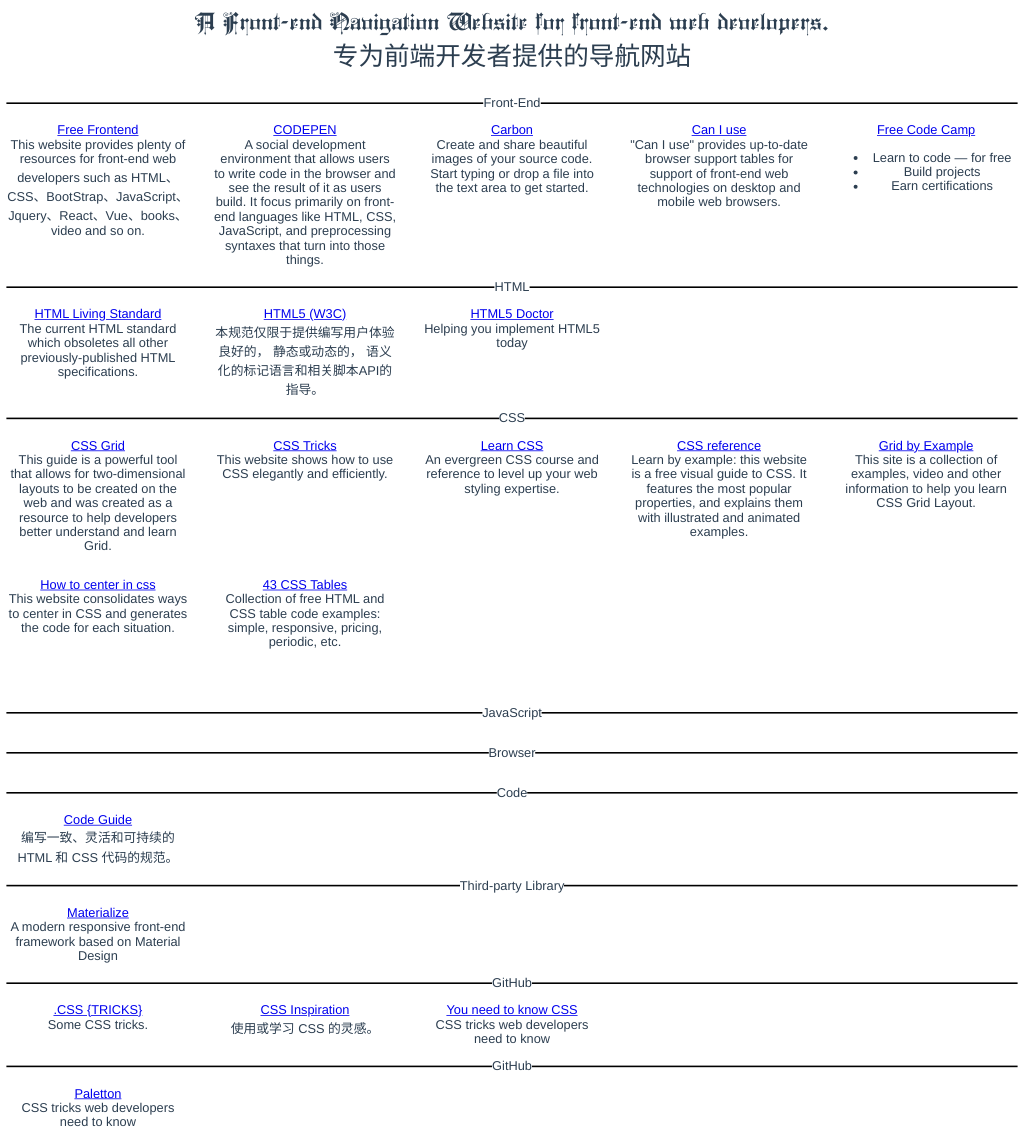
Repository: 321paranoiawhy/fenav.io
Page: /
An editor plug-in stored every save of this project. The page is shown before and after a run of saves, followed by the edit.
The browser window is 1280 px wide. The pictures show the whole page, at 80% of full size.
The project was rebuilt for these pictures with package versions that can differ from the ones it lists, and the page was loaded fresh each time. Also part of the build but not shown: vue.config.js.

Above is the page before, as saved 2022-04-06 01:18:21.

### src/views/HomeView.vue
<template>
    <div class="englishTitle">
        A Front-end Navigation Website for front-end web developers.
    </div>
    <div class="chineseTitle">专为前端开发者提供的导航网站</div>
    <!-- Front-End -->
    <p class="divider">Front-End</p>
    <div id="frontend" class="main">
        <div class="card">
            <a class="url" href="https://freefrontend.com/">Free Frontend</a>
            <div class="description">
                This website provides plenty of resources for front-end web
                developers such as
                HTML、CSS、BootStrap、JavaScript、Jquery、React、Vue、books、video
                and so on.
            </div>
        </div>
        <div class="card">
            <a class="url" href="https://codepen.io/trending">CODEPEN</a>
            <div class="description">
                A social development environment that allows users to write code
                in the browser and see the result of it as users build. It focus
                primarily on front-end languages like HTML, CSS, JavaScript, and
                preprocessing syntaxes that turn into those things.
            </div>
        </div>
        <div class="card">
            <a class="url" href="https://carbon.now.sh/">Carbon</a>
            <div class="description">
                Create and share beautiful images of your source code. Start
                typing or drop a file into the text area to get started.
            </div>
        </div>
        <div class="card">
            <a class="url" href="https://caniuse.com/">Can I use</a>
            <div class="description">
                "Can I use" provides up-to-date browser support tables for
                support of front-end web technologies on desktop and mobile web
                browsers.
            </div>
        </div>
        <div class="card">
            <a class="url" href="https://www.freecodecamp.org/"
                >Free Code Camp</a
            >
            <div class="description">
                <ul>
                    <li>Learn to code — for free</li>
                    <li>Build projects</li>
                    <li>Earn certifications</li>
                </ul>
            </div>
        </div>
    </div>
    <!-- HTML -->
    <p class="divider">HTML</p>
    <div id="HTML" class="main">
        <div class="card">
            <a class="url" href="https://html.spec.whatwg.org/"
                >HTML Living Standard</a
            >
            <div class="description">
                The current HTML standard which obsoletes all other
                previously-published HTML specifications.
            </div>
        </div>
        <div class="card">
            <a class="url" href="https://www.w3.org/html/ig/zh/wiki/HTML5"
                >HTML5 (W3C)</a
            >
            <div class="description">
                本规范仅限于提供编写用户体验良好的， 静态或动态的，
                语义化的标记语言和相关脚本API的指导。
            </div>
        </div>
        <div class="card">
            <a class="url" href="http://html5doctor.com/">HTML5 Doctor</a>
            <div class="description">Helping you implement HTML5 today</div>
        </div>
    </div>
    <!-- CSS -->
    <p class="divider">CSS</p>
    <div id="CSS" class="main">
        <div id="grid" class="card">
            <a class="url" href="https://learncssgrid.com/">CSS Grid</a>
            <div class="description">
                This guide is a powerful tool that allows for two-dimensional
                layouts to be created on the web and was created as a resource
                to help developers better understand and learn Grid.
            </div>
        </div>
        <div id="tricks" class="card">
            <a class="url" href="https://css-tricks.com/">CSS Tricks</a>
            <div class="description">
                This website shows how to use CSS elegantly and efficiently.
            </div>
        </div>
        <div id="learn" class="card">
            <a class="url" href="https://web.dev/learn/css/">Learn CSS</a>
            <div class="description">
                An evergreen CSS course and reference to level up your web
                styling expertise.
            </div>
        </div>
        <div id="reference" class="card">
            <a class="url" href="https://cssreference.io/">CSS reference</a>
            <div class="description">
                Learn by example: this website is a free visual guide to CSS. It
                features the most popular properties, and explains them with
                illustrated and animated examples.
            </div>
        </div>
        <div id="grid" class="card">
            <a class="url" href="https://gridbyexample.com/">Grid by Example</a>
            <div class="description">
                This site is a collection of examples, video and other
                information to help you learn CSS Grid Layout.
            </div>
        </div>
        <div id="center in css" class="card">
            <a class="url" href="http://howtocenterincss.com/"
                >How to center in css</a
            >
            <div class="description">
                This website consolidates ways to center in CSS and generates
                the code for each situation.
            </div>
        </div>
        <div id="table" class="card">
            <a
                class="url"
                href="https://freefrontend.com/css-tables/#pricing-tables"
                >43 CSS Tables</a
            >
            <div class="description">
                Collection of free HTML and CSS table code examples: simple,
                responsive, pricing, periodic, etc.
            </div>
        </div>
    </div>
    <!-- JavaScript -->
    <p class="divider">JavaScript</p>
    <div id="JavaScript" class="main"></div>
    <!-- Browser -->
    <p class="divider">Browser</p>
    <div id="Browser" class="main"></div>
    <!-- Code -->
    <p class="divider">Code</p>
    <div id="Code" class="main">
        <div class="card">
            <a class="url" href="https://codeguide.bootcss.com/">Code Guide</a>
            <div class="description">
                编写一致、灵活和可持续的 HTML 和 CSS 代码的规范。
            </div>
        </div>
    </div>
    <!-- Third-party Library -->
    <p class="divider">Third-party Library</p>
    <div id="Code" class="main">
        <div id="tricks" class="card">
            <a class="url" href="https://materializecss.com/">Materialize</a>
            <div class="description">
                A modern responsive front-end framework based on Material Design
            </div>
        </div>
    </div>
    <!-- GitHub -->
    <p class="divider">GitHub</p>
    <div id="GitHub" class="main">
        <div id="tricks" class="card">
            <a class="url" href="https://github.com/QiShaoXuan/css_tricks"
                >.CSS {TRICKS}</a
            >
            <div class="description">Some CSS tricks.</div>
        </div>
        <div id="Inspiration" class="card">
            <a class="url" href="https://github.com/chokcoco/CSS-Inspiration"
                >CSS Inspiration</a
            >
            <div class="description">使用或学习 CSS 的灵感。</div>
        </div>
        <div id="" class="card">
            <a
                class="url"
                href="https://github.com/l-hammer/You-need-to-know-css"
                >You need to know CSS</a
            >
            <div class="description">
                CSS tricks web developers need to know
            </div>
        </div>
    </div>
    <!-- Color -->
    <p class="divider">GitHub</p>
    <div id="Code" class="main">
        <div id="" class="card">
            <a
                class="url"
                href="https://paletton.com/#uid=1000u0kllllaFw0g0qFqFg0w0aF"
                >Paletton</a
            >
            <div class="description">
                CSS tricks web developers need to know
            </div>
        </div>
    </div>
</template>

<script>
// @ is an alias to /src
export default {
    name: "Home",
    components: {},
};
</script>

<style scoped lang="scss">
@font-face {
    font-family: KingsCross;
    src: url(/public/fonts/KingsCross.ttf);
}
@font-face {
    font-family: NotoSansSC-Regular;
    src: url(/public/fonts/NotoSansSC-Regular.otf);
}
.englishTitle {
    font-family: KingsCross;
    font-size: 32px;
}
.chineseTitle {
    font-family: NotoSanSC-Regular;
    font-size: 32px;
    margin-bottom: 30px;
}
.main {
    display: grid;
    grid-template-columns: repeat(5, 1fr);
    grid-auto-rows: 1fr;
    grid-gap: 30px;
}
// 水平分割线 中间带文字
p {
    display: flex;
}
p:before,
p:after {
    content: "";
    flex: 1 1 0;
    border-bottom: 2px solid #000;
    margin: auto;
}
//
</style>

Loaded but not shown: public/index.html (common file); src/main.js (common file); src/App.vue (common file); src/router/index.js (common file); src/store/index.js (common file)

After the next 3 saves:
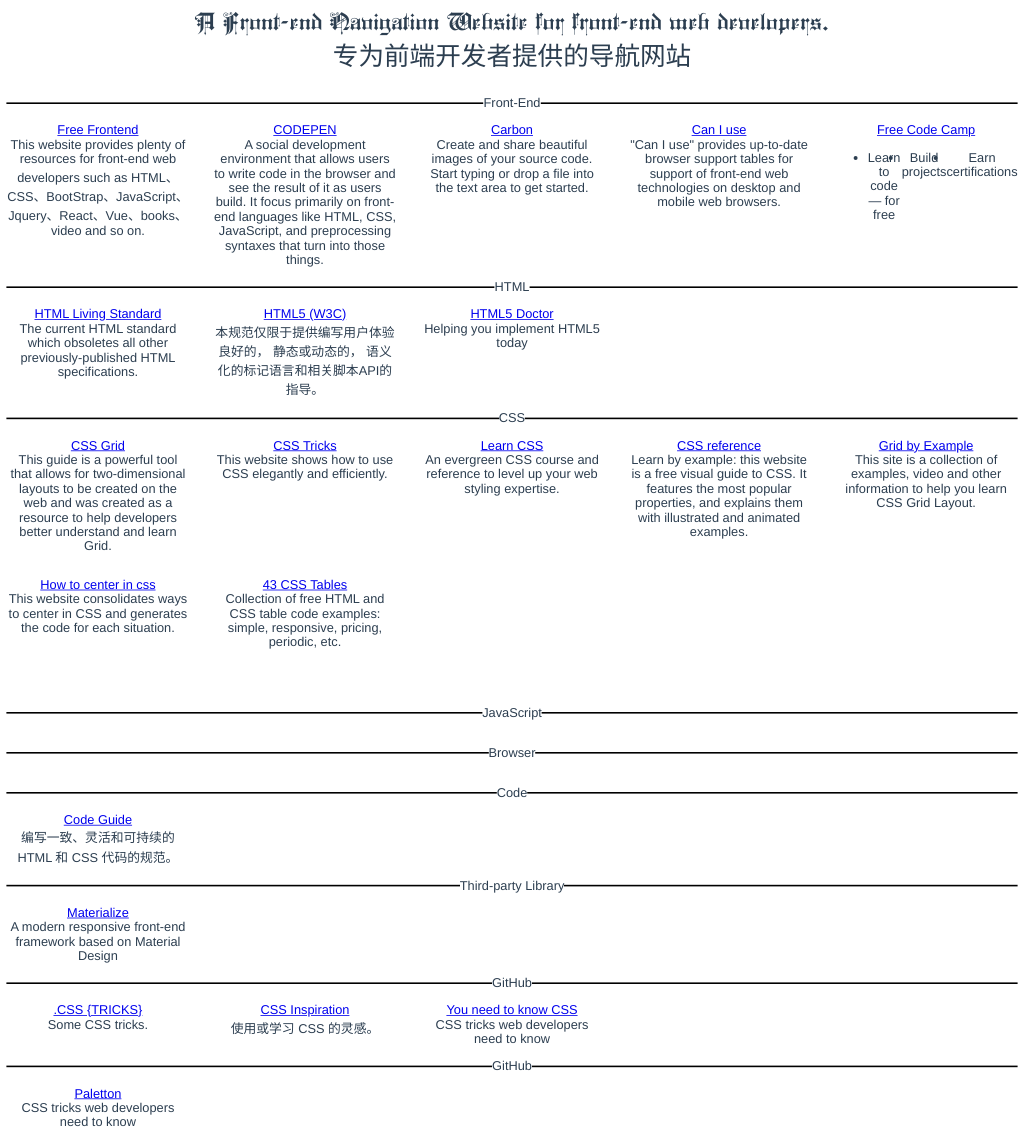
The 3 saves are shown as one change because they came seconds apart.
The last was saved 9 s later.
--- a/src/views/HomeView.vue
+++ b/src/views/HomeView.vue
@@ -249,5 +249,8 @@
     border-bottom: 2px solid #000;
     margin: auto;
 }
-//
+// ul
+ul {
+  display: flex;
+}
 </style>

After the 3 saves that followed:
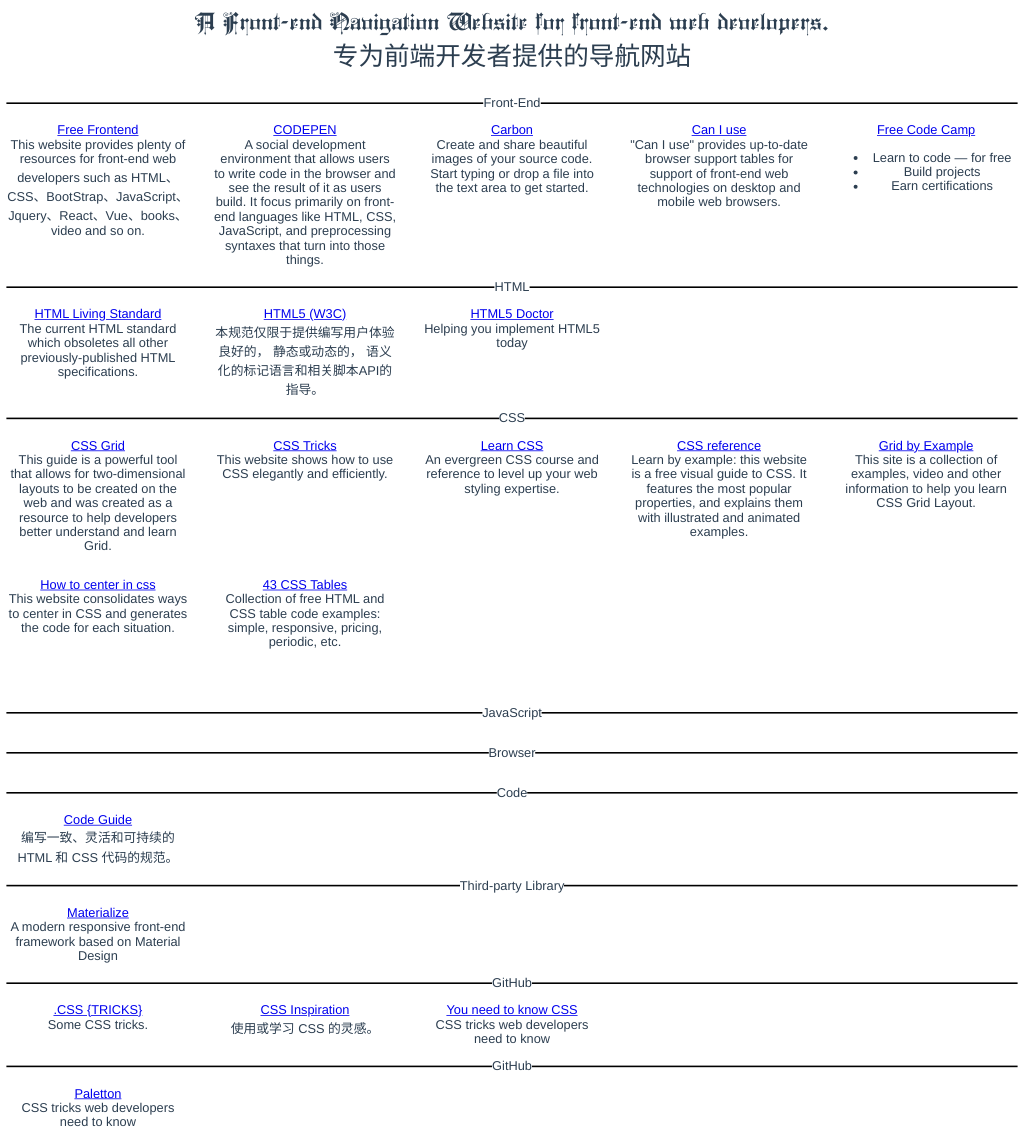
The 3 saves are shown as one change because 1 did not build or start and some came seconds apart.
The last was saved 12 s later.
--- a/src/views/HomeView.vue
+++ b/src/views/HomeView.vue
@@ -251,6 +251,6 @@
 }
 // ul
 ul {
-  display: flex;
+  display: float;
 }
 </style>
